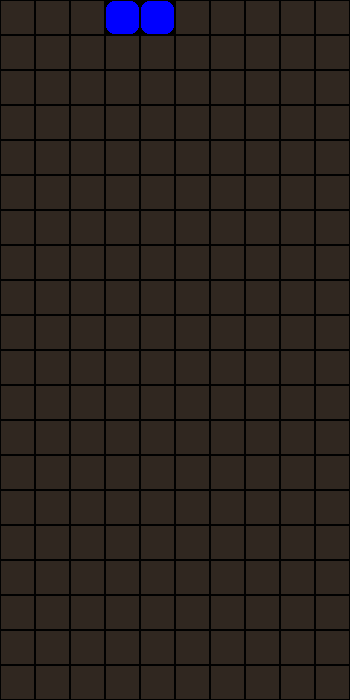
Repository: lucacdev/Tetris
Script's output: python main.py
An editor plug-in stored every save of this project. The script's output is shown before and after the next save, followed by the edit.
The window is shown after at most 60 frames with no key pressed. Random numbers start from a fixed seed.

Above is the script's output before, as saved 2024-02-29 20:26:22.

After the next save:
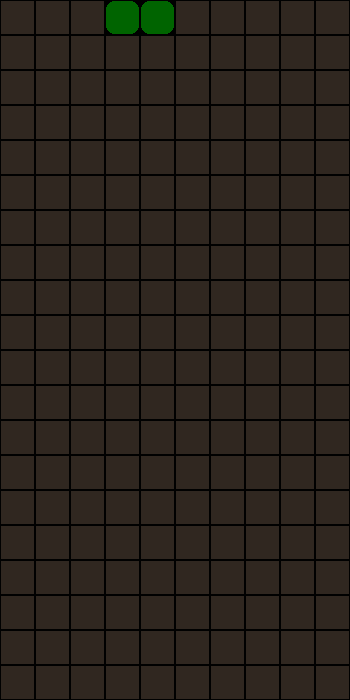
Saved 1 s later.
--- a/tetromino.py
+++ b/tetromino.py
@@ -9,7 +9,7 @@
 
         super().__init__(tetromino.tetris.sprite_group)
         self.image = pg.Surface([TILE_SIZE, TILE_SIZE])
-        pg.draw.rect(self.image, 'blue', (1, 1, TILE_SIZE - 2, TILE_SIZE - 2), border_radius = 8)
+        pg.draw.rect(self.image, 'dark green', (1, 1, TILE_SIZE - 2, TILE_SIZE - 2), border_radius = 8)
         self.rect = self.image.get_rect()
 
     def is_alive(self):
